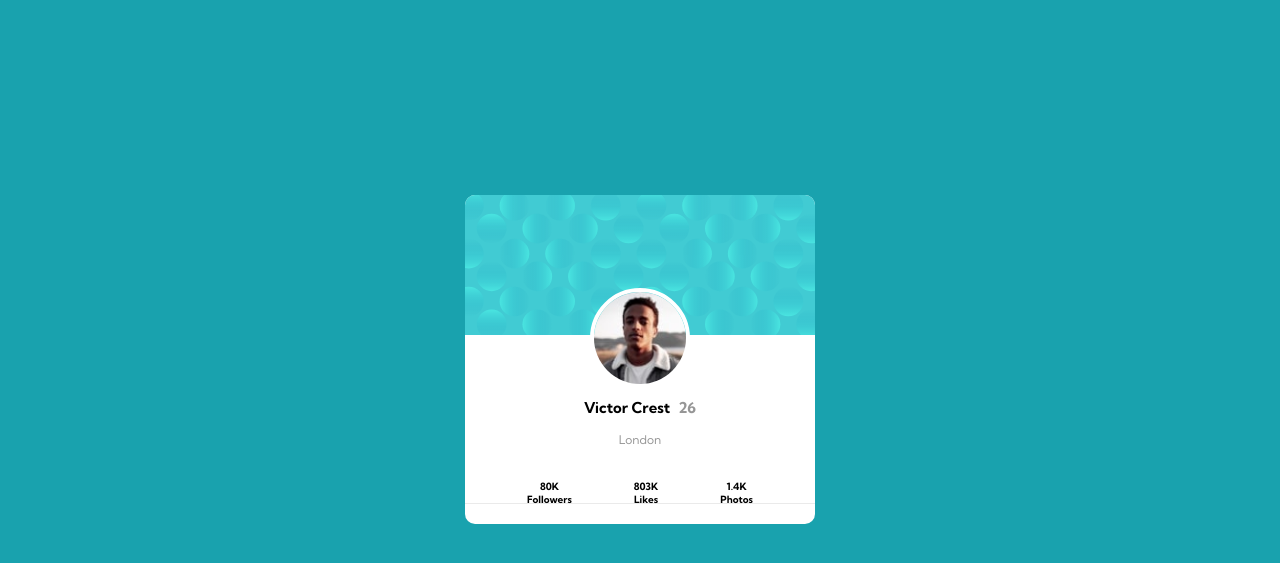
Repository: thaibaocoder1/profile-card-component-main
Page: index.html
These files come from the project's save history. The page is drawn as it stood at one moment and after the next save; the edit follows.
The browser window is 1280 px wide. The pictures show the whole page.

Above is the page before, as saved 2023-01-11 14:08:37.

### index.html
<!DOCTYPE html>
<html lang="en">
<head>
  <meta charset="UTF-8">
  <meta name="viewport" content="width=device-width, initial-scale=1.0">
  <link rel="icon" type="image/png" sizes="32x32" href="./images/favicon-32x32.png">
  <link rel="preconnect" href="https://fonts.googleapis.com">
  <link rel="preconnect" href="https://fonts.gstatic.com" crossorigin>
  <link href="https://fonts.googleapis.com/css2?family=Kumbh+Sans:wght@400;700&display=swap" rel="stylesheet">
  <title>Frontend Mentor | Profile card component</title>
  <link rel="stylesheet" href="./style.css">
  <!-- Feel free to remove these styles or customise in your own stylesheet 👍 -->
  <style>
    .attribution { font-size: 11px; text-align: center; }
    .attribution a { color: hsl(228, 45%, 44%); }
  </style>
</head>
<body>
  <main class="card">
    <section class="card__wrapper">
      <img src="./images/bg-pattern-card.svg" alt="">
      <section class="card__content">
        <img src="./images/image-victor.jpg" alt="">
        <h2 class="card__bottom--heading">Victor Crest <span>26</span></h2>
        <p class="card__bottom--address">London</p>
        <section class="footer">
            <div class="card__bottom--item">
              <p>80K</p>
              <span>Followers</span>
            </div>
            <div class="card__bottom--item">
              <p>803K</p>
              <span>Likes</span>
            </div>
            <div class="card__bottom--item">
              <p>1.4K</p>
              <span>Photos</span>
            </div>
        </section>
      </section>
    </section>
  </main>
  <!-- <div class="attribution">
    Challenge by <a href="https://www.frontendmentor.io?ref=challenge" target="_blank">Frontend Mentor</a>.
    Coded by <a href="#">Your Name Here</a>.
  </div> -->
</body>
</html>

### style.css
@import url('https://fonts.googleapis.com/css2?family=Kumbh+Sans:wght@400;700&display=swap');
* {
    margin: 0;
    padding: 0;
    box-sizing: border-box;
    border: none;
    outline: none;
}
html {
    font-size: 62.5%;
}
body {
    text-rendering: optimizeLegibility;
    scroll-behavior: smooth;
    font-family: 'Kumbh Sans', sans-serif;
    display: flex;
    align-items: center;
    justify-content: center;
    background-color: var(--dark-cyan);
    height: calc(100vh - 1px)
}
:root {
    --dark-cyan: hsl(185, 75%, 39%);
    --very-dark-blue: hsl(229, 23%, 23%);
    --dark-blue: hsl(227, 10%, 46%);
    --dark-grey: hsl(0, 0%, 59%);
}
.card {
    margin: 0 auto;
    text-align: center;
}
.card__wrapper {
    max-width: 420px;
    background-color: #fff;
    border-radius: 1rem;
    overflow: hidden;
    margin: 1rem;
}
.card__content {
    position: relative;
    padding-top: 6rem;
}
.card__content img {
    width: 10rem;
    height: 10rem;
    border-radius: 50%;
    border: 4px solid #fff;
    position: absolute;
    top: 0;
    left: 50%;
    transform: translate(-50%, -50%);
}
.card__content {
    font-weight: bold;
}
.card__content .card__bottom--heading span {
    color: var(--dark-grey);
    font-weight: 600;
    margin-left: 0.5rem;
}
.card__content .card__bottom--address {
    color: var(--dark-grey);
    padding-block: 1.5rem;
    font-size: 1.2rem;
    font-weight: 500;
}
.card__content::before {
    content: "";
    width: 100%;
    height: 1px;
    background-color: var(--dark-grey);
    opacity: 0.2;
    position: absolute;
    left: 0;
    bottom: 2rem;
    z-index: 1;
}
.footer {
    display: flex;
    justify-content: space-evenly;
    padding: 1.8rem 0;
}
.footer .card__bottom--item p {
    /* font-size: 1.8rem; */
}

After the next save:
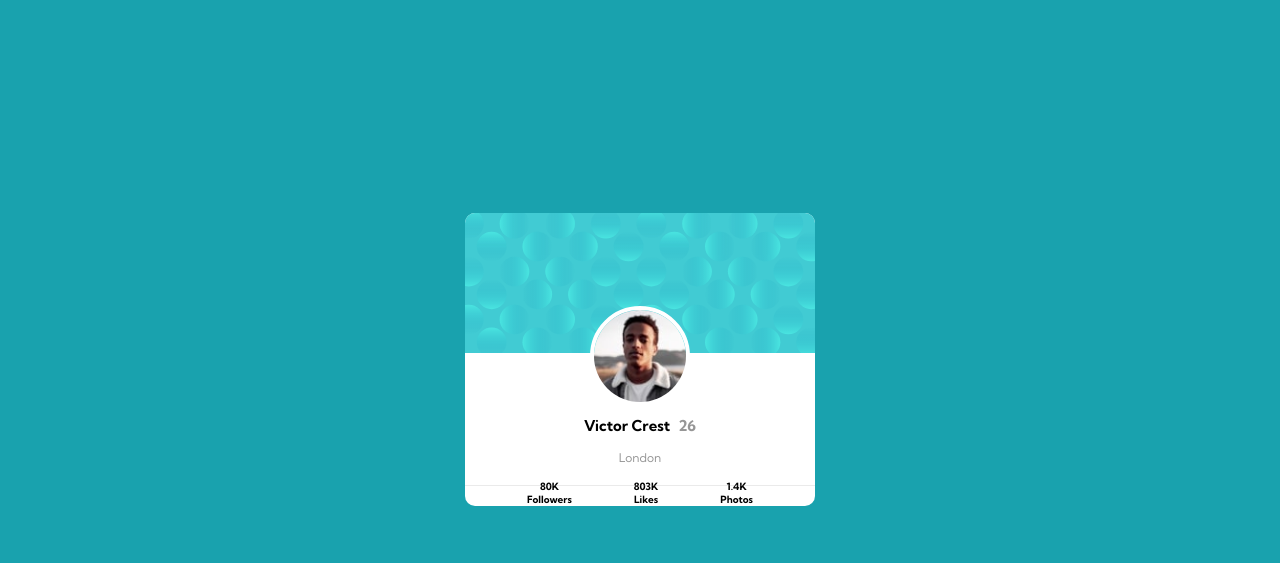
Saved 6 s later.
--- a/style.css
+++ b/style.css
@@ -78,7 +78,6 @@ body {
 .footer {
     display: flex;
     justify-content: space-evenly;
-    padding: 1.8rem 0;
 }
 .footer .card__bottom--item p {
     /* font-size: 1.8rem; */
